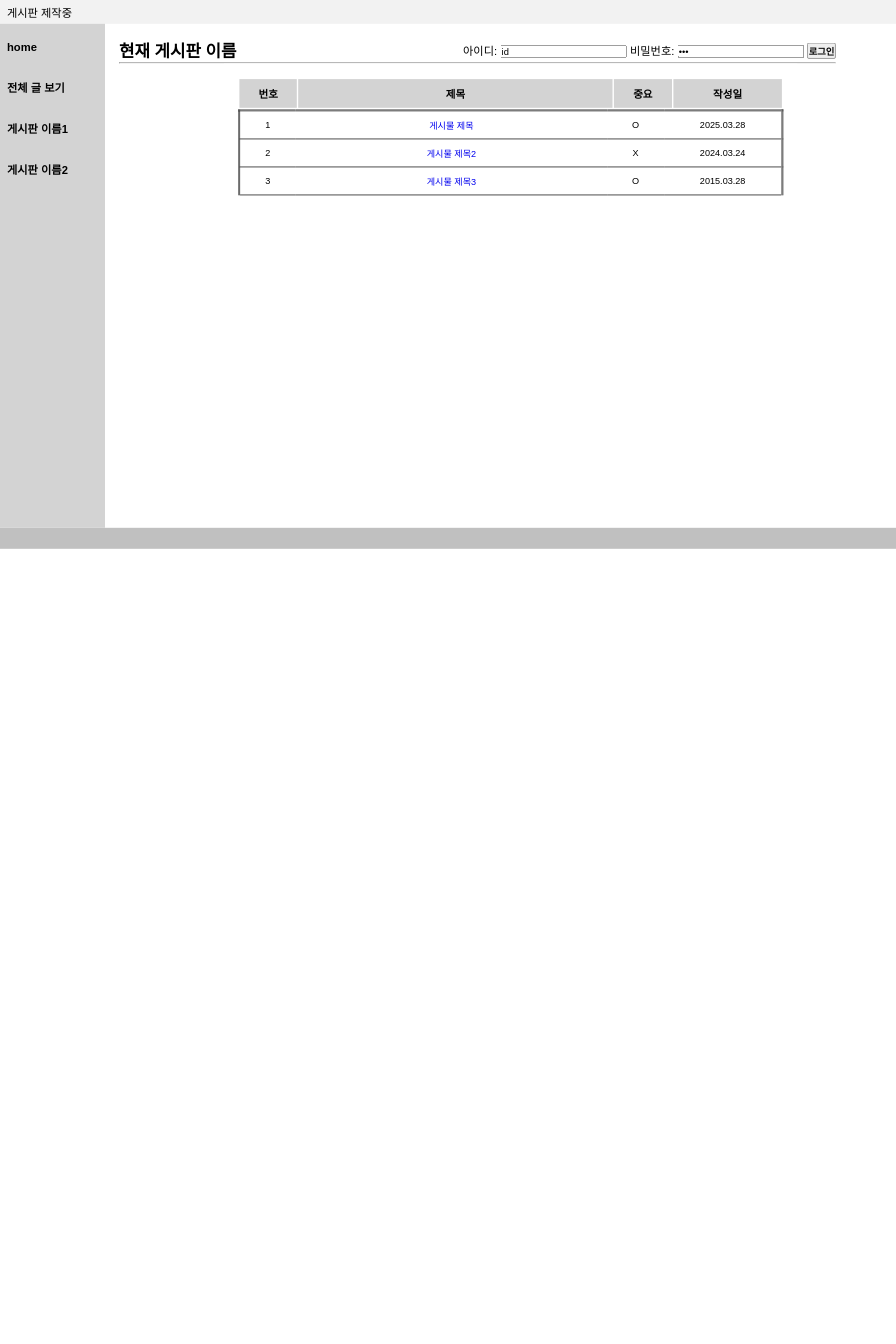
Repository: hyeon-jin-park/study
Page: work/internet_programing/Test_final/public/board.html
An editor plug-in stored every save of this project. The page is shown before and after the next save, followed by the edit.
The browser window is 1280 px wide. The pictures show the part of the page from y = 0 to 1920 px (the page is 10000 px tall), at 70% of full size.
The pointer rests on the first visible `.board_contents table`.

Above is the page before, as saved 2025-03-26 11:29:45.

After the next save:
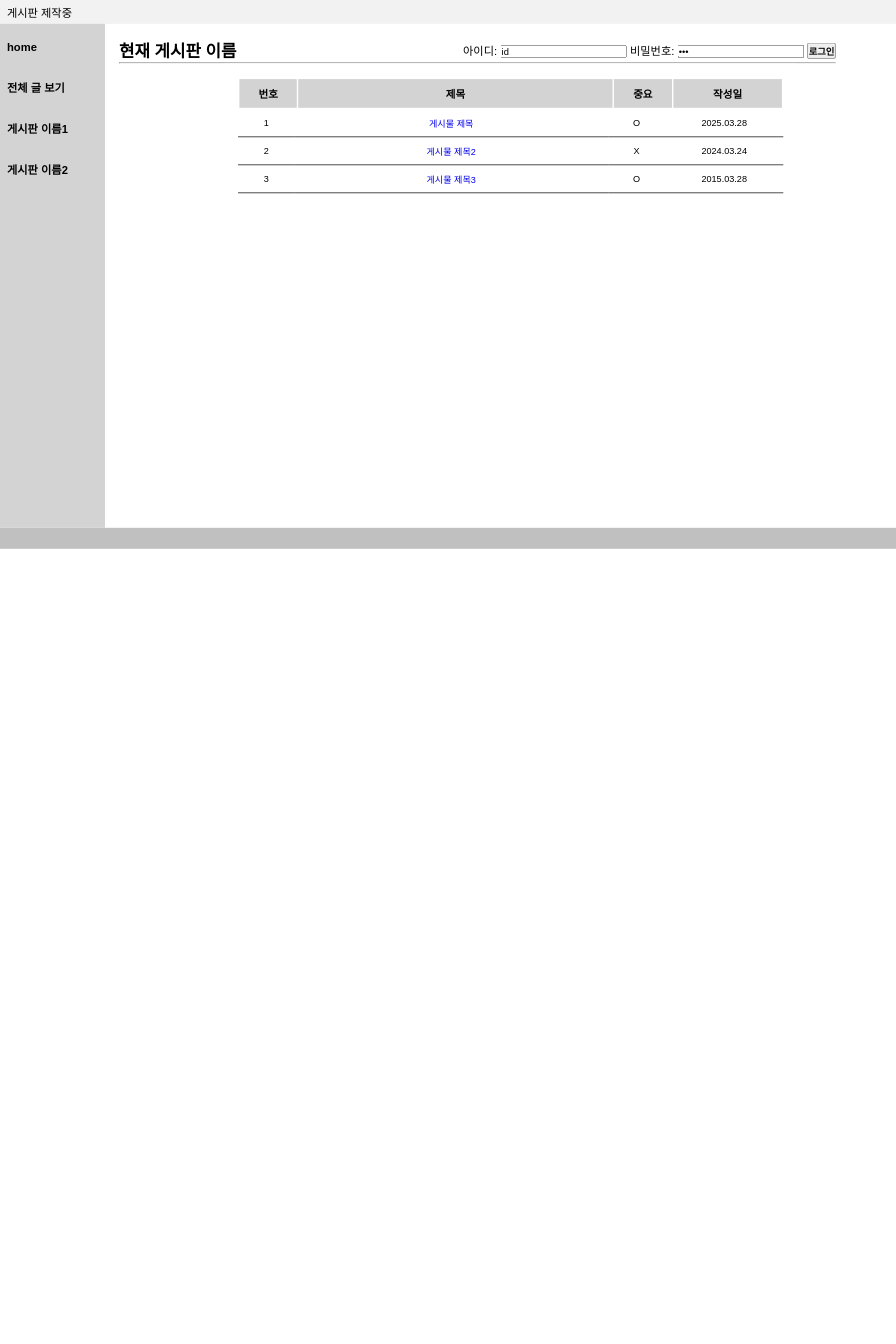
Saved 42 s later.
--- a/work/internet_programing/Test_final/public/layout.css
+++ b/work/internet_programing/Test_final/public/layout.css
@@ -136,7 +136,7 @@ section {
 	border-bottom:1px solid lightgray;
 	font-size:13px;
 }
-.board_contents table:hover{
+.board_contents td:hover{
 	border-style:inset;
 }
 .board_contents a:hover , a:link{
